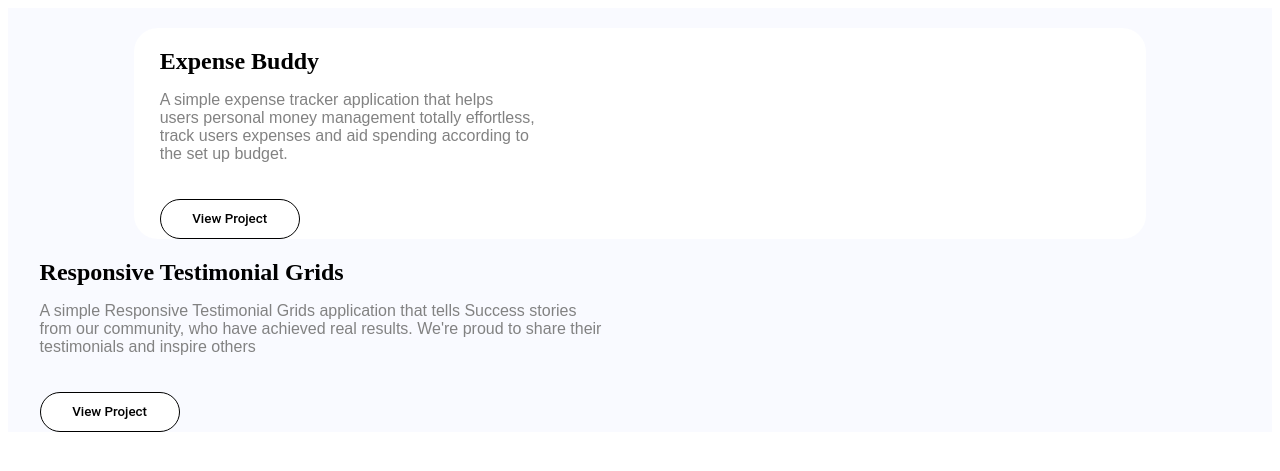
Repository: adehope1/My_Portfoilo
Page: port/assest/index2.html
An editor plug-in stored every save of this project. The page is shown before and after a run of saves, followed by the edit.
The browser window is 1280 px wide. The pictures show the whole page.

Above is the page before, as saved 2024-09-01 22:36:49.

After the next 2 saves:
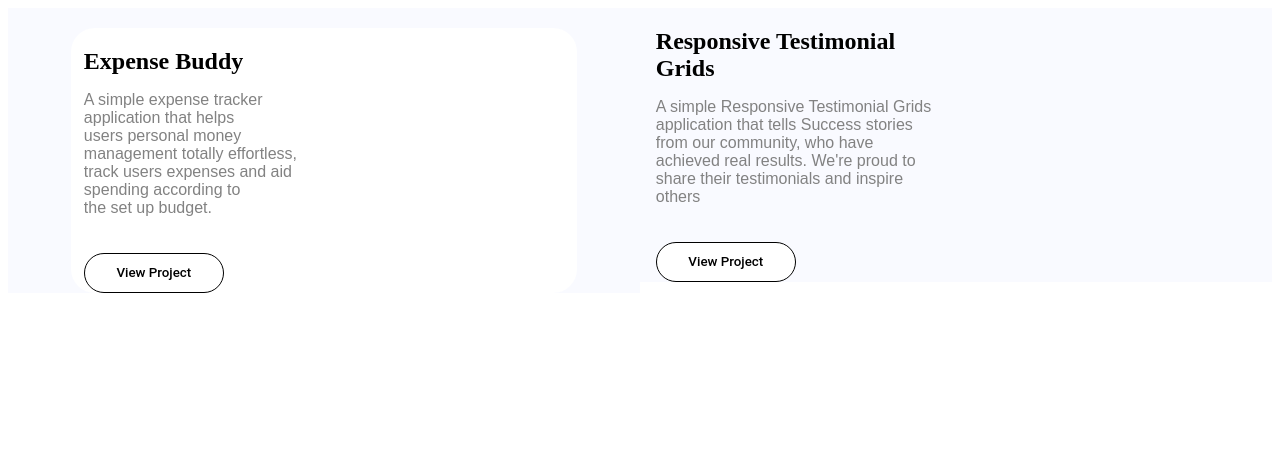
The 2 saves are shown as one change because they came seconds apart.
The last was saved 7 s later.
--- a/port/assest/index2.css
+++ b/port/assest/index2.css
@@ -1,5 +1,5 @@
 .general{
-    dis
+    display: flex;
 }.proCont {
     width: 100%;
     height: 90%;
